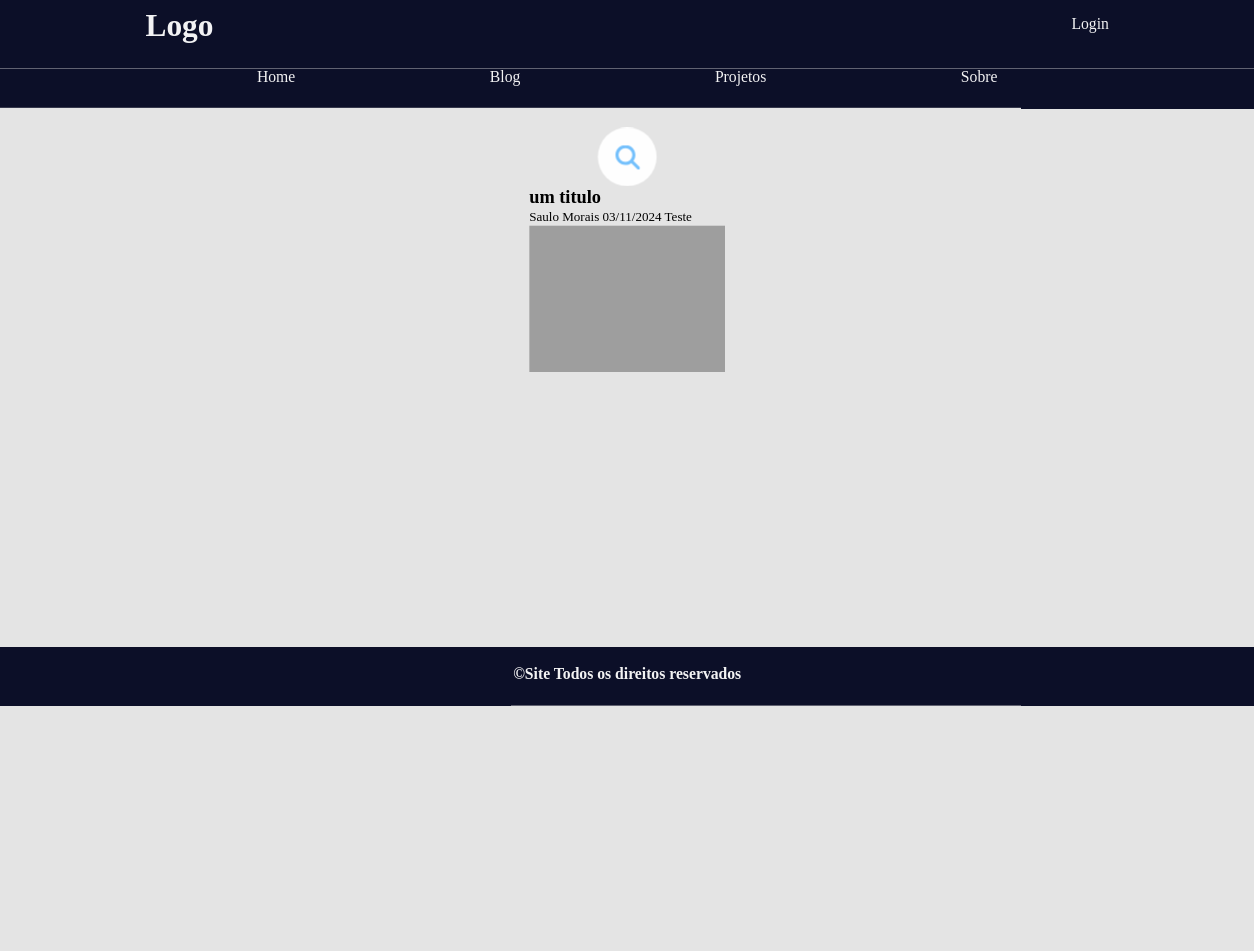
Repository: SauloMorais01/mysitefront-end
Page: src/pages/blog.html
These files come from the project's save history. The page is drawn as it stood at one moment and after the next save; the edit follows.
The browser window is 1280 px wide. The pictures show the whole page, at 98% of full size.
Pictures or frames that could not be fetched are drawn as grey boxes. Some web libraries are served in a nearby version.

Above is the page before, as saved 2024-11-03 16:26:30.

### src/pages/blog.html
<!DOCTYPE html>
<html lang="pt-br">
<head>
    <meta charset="UTF-8">
    <meta name="viewport" content="width=device-width, initial-scale=1.0">
    <title>Titulo - status</title>
    <link rel="stylesheet" href="../css/style.css">
    <script src="../js/utils.js"></script>
    <script src="https://kit.fontawesome.com/0869671a59.js" crossorigin="anonymous"></script>
</head>
<body>
    <div class="divisor-top"></div>

    <header class="primary-color hd-color-white">
        <div class="container">
            <div class="top-box flex">
                <div class="logo">
                    <a class="hd-color-white" href="/"><h1>Logo</h1></a>
                </div>
                <div class="login">
                    <a class="hd-color-white" href="/">Login</a>
                </div>
                <div class="hover-btn" id="hover-btn">
                    <i class="fa-solid fa-bars"></i>
                </div>
            </div>
        </div>
    </header>

    <section id="menu" class="sticky-top primary-color hd-color-white">
            <div class="container center">
                <a href="/">Home</a>
                <a href="/blog.html">Blog</a>
                <a href="/">Projetos</a>
                <a href="/">Sobre</a>
            </div>
    </section>

    <section id="modal-mobile-menu" class="modal-mobile-menu hidden">
        <div class="container center">
            <div class="modal-div">
                <a class="hd-color-white" href="/">Home</a>
            </div>
            <div class="modal-div">
                <a class="hd-color-white" href="./src/pages/blog.html">Blog</a>
            </div>
           <div class="modal-div">
                <a class="hd-color-white" href="/">Projetos</a>
           </div>
            <div class="modal-div">
                <a class="hd-color-white" href="/">Sobre</a>
            </div>
        </div>
    </section>

    <div class="container">
        <div class="search-item">
            <div class="search-box">
                <input type="text" placeholder="Pesquisar..." class="search-text" name="search" id="search-text">
                <a class="search-btn">
                    <img class="btn-blue" src="../img/icone/magnifying-glass-solid.svg" width="25" height="25" alt="pesquisar">
                    <img class="btn-white" src="../img/icone/magnifying-glass-solid-white.svg" width="25" height="25" alt="pesquisar">
                </a>
            </div>
        </div>
    </div>

    <main>
        <div class="box-contents-blog">
            <div class="container">
                <div class="blog-content grid-temp">
                    <div class="box-B">
                        <div class="b-title">
                            <h3>um titulo</h3>
                        </div>
                        <div class="post-date">
                            <small>Saulo Morais  03/11/2024 Teste</small>
                        </div>
                        <div class="b-img">
                            <img src="https://www.bonsfluidos.com.br/wp-content/uploads/2020/04/entre-em-contato-com-a-natureza-atraves-de-imagens-1101297.jpg" alt="Imagem" height="150" width="200">
                        </div>
                    </div>
                </div>
            </div>
        </div>
    </main>

    <footer class="primary-color center">
        <h3 class="hd-color-white">&copy;<strong>Site</strong> Todos os direitos reservados</h3>
    </footer>

    <div class="divisor-bottom"></div>



    <script src="../js/main.js"></script>

    <script>
        app.update();
    </script>
</body>
</html>

### src/css/style.css
/* Primary configs */
:root {
    /* Colors */
    /* Bases */
    --primary-color: 234, 94%, 6%,;
    --secondary-color: 184, 86%, 66%,;
    --body-color: 0, 0%, 89%,;
    --white-color: 0, 0%, 100%,;
    --black-color: 0, 0%, 0%,;
    /* End Bases */

    /* Variations colors */
    --primary-color-normal: hsla(var(--primary-color) 0.95);
    --primary-color-medium: hsla(var(--primary-color) 0.5);
    --primary-color-light: hsla(var(--primary-color) 0.250);

    --secondary-color-normal: hsla(var(--secondary-color) 0.95);
    --secondary-color-medium: hsla(var(--secondary-color) 0.5);
    --secondary-color-light: hsla(var(--secondary-color) 0.250);

    --body-color-normal: hsla(var(--body-color) 0.95);
    --body-color-medium: hsla(var(--body-color) 0.5);
    --body-color-light: hsla(var(--body-color) 0.250);

    --black-color-normal: hsla(var(--black-color) 0.95);
    --black-color-medium: hsla(var(--black-color) 0.5);
    --black-color-light: hsla(var(--black-color) 0.250);

    --white-color-normal: hsla(var(--white-color) 0.95);
    --white-color-medium: hsla(var(--white-color) 0.5);
    --white-color-light: hsla(var(--white-color) 0.250);
    /* End variations colors */
    /* End Colors */

    /* Conf Sizes */
    --container-larger-l: 80%;
    --container-larger-m: 80%;
    --container-larger-s: 80%;
    --container-tablet: 90%;
    --container-small-d: 95%;
    --grid-width: 300px;
    --grid-height: 300px;
    /* End conf Sizes */
}

/* Global */
* {
    box-sizing: border-box;
    margin: 0;
    padding: 0;
}
/* End global */

/* pagina */
body {
    background: var(--body-color-normal);
    height: 100vh;
    width: 100vw;
}

html {
    height: 100%;
}

a {
    list-style: none;
    text-decoration: none;
}


main {
    height: 100vh;
}
header {
    z-index: 1000;
}

footer {
    height: 60px;
    position: fixed;
    bottom: 0;
    width: 100%;
    transform: translateY(0%);
    z-index: 1000;
}

footer h3 {
    padding-top: 1.2rem;
}

.modal-mobile-menu {
    height: 60vh;
    width: 90vw;
    padding-top: 20px;
    /* background: var(--white-color-normal); */
    background-image: linear-gradient(180deg, #303657, #444963);
    position: fixed;
    top: 10%;
    right: 5%;
    z-index: 2000;
    border-radius: 10px;
    border: 5px solid var(--secondary-color-normal);
    display: flex;
    flex-direction: row;
    justify-content: space-between;
}

.modal-div {
    background: var(--primary-color-light);
    margin: 10px 2.5%;
    padding: 10px;
    border-radius: 5px;
}

.modal-mobile-menu a {
    font-family: Impact, Haettenschweiler, 'Arial Narrow Bold', sans-serif;
    position: relative;
}

.menuAnimation {
    animation-duration: 0.25s;
    animation-name: menuAnim;
}

.menuAnimationRev {
    animation-duration: 0.25s;
    animation-name: menuAnimReverse;
}

.whatsapp-icon {
    position: fixed;
    bottom: 8%;
    right: 3%;
    z-index: 3000;
}

.whatsapp-icon img {
    width: 68px;
    height: 68px;
    animation-duration: 1s;
    animation-name: esvanecer;
    animation-iteration-count: infinite;
}

.workflow {
    margin-top: 20px;
    height: auto;
}

.workflow-title {
    margin-left: 20px;
    margin-top: 20px;
}

.box-workflow {
    text-align: center;
    height: auto;
    width: 150px;
    margin: 5px;
    background-color:var(--primary-color-medium);
    padding: 10px;
}

/* Search area */
.search-item {
    position: relative;
    display: flex;
    margin-top: 20px;
    justify-content: center;
    align-items:center;
}

.search-box {
    display: flex;
    /* width: 300px; */
    height: 60px;
    justify-content: space-between;
    align-items:center;

    background: var(--white-color-normal);
    border-radius: 40px;
    padding: 10px;
    z-index: 3;
}

.search-text {
    background: none;
    border: 0;
    outline: 0;

    padding: 0;

    transition: 0.5s;

    font-size: 16px;
    color: var(--black-color-normal);
    width: 0;
}

.search-btn {
    width: 40px;
    height: 50px;

    display: flex;
    justify-content: center;
    border-radius: 30px;
    align-items: center;
    cursor: pointer;
}

.btn-white {
    display: none;
}

.search-item:hover .search-text {
    width: 270px;
}

.search-item:hover .search-btn {
    width: 50px;
    background-color: #74C0FC;
}

.search-item:hover .search-btn .btn-blue {
    display: none;
}

.search-item:hover .search-btn .btn-white {
    display: block;
}
/* end Search area */


/* Animation */
@keyframes menuAnim {
    from {
        right: -100%;
      }

      to {
        right: 5%;
      }
}

@keyframes menuAnimReverse {
    from {
        right: 5%;
      }

      to {
        right: -100%;
      }
}

@keyframes esvanecer {
    0% {
        opacity: 100%;
      }

      50% {
        opacity: 50%;
      }

      100% {
        opacity: 100%;
      }
}

/* end pagina */

/* Utils */
.flex {
    display: flex;
}

.sticky-top {
    position: sticky;
    top: 0;
}

.center {
    text-align: center;
}

.right {
    text-align: right;
}

.left {
    text-align: left;
}

.grid-temp {
    display: flex;
    flex-direction: row;
    flex-wrap: wrap;
    /* align-items:center; */
    justify-content: center;
}

.primary-color{
    background: var(--primary-color-normal);
}

.secondary-color{
    background: var(--secondary-color-normal);
}

.hd-color-black {
    color: var(--black-color-normal);
}

.hd-color-white {
    color: var(--white-color-normal);
}

.hidden {
    display: none;
}
/* End utils */



/* Responsividade */
@media (max-width: 575.99px) {
    .container {
        margin: 0 auto;
        width: var(--container-small-d);
    }

    header {
        position: fixed;
        top: 0;
        height: 40px;
        width: 100%;
    }

    #menu {
        height: 40px;
        display:none;
    }

    #menu a {
        color: var(--white-color-normal);
        margin: 5px 2%;
        padding: 10px 5%;
    }

    #menu a:hover {
        background-color: var(--secondary-color-light);
        border-radius: 5px;
    }

    .hover-btn {
        position: absolute;
        right: 1rem;
        padding-top: 10px;
    }

    .hover-btn:hover {
        background: var(--primary-color-light);
        cursor: pointer;
    }

    .top-box {
        position: relative;
        padding-top: 2px;
    }

    .logo {
        position: absolute;
        left: 1%;
        font-size: 0.8rem;
    }

    .login {
        position: absolute;
        margin-top: 2px;
        right: 1%;
        display: none;
    }

    /* Main */
    .info-top{
        /* background: #4f0c6e; */
        height: 250px;
        background-image: linear-gradient(50deg, #2222227a, #2222227a), url(../img/freepik__generate-images-about-web-development__7459.jpeg);
        background-position: center;
        background-size: 100% 100%;
        display: flex;
        align-items: center;
        justify-content: center;
        /* background-repeat: no-repeat; */
    }

    .info-top h1 {
        font-size: 1.25rem;
    }

    .info-top p {
        text-align: center;
        font-size: 0.8rem;
        width: fit-content;
        font-size: 0.8rem;
        background: var(--primary-color-medium);
        border-radius: 5px;
        padding: 10px;
        font-family: Impact, Haettenschweiler, 'Arial Narrow Bold', sans-serif;
    }

    .divisor-bottom {
        height: 150px;
    }

    .divisor-top {
        height: 4.8%;
    }

    footer h3 {
        font-size: 12pt;
    }
}

@media (min-width: 576px) {
    .container {
        margin: 0 auto;
        width: var(--container-small-d);
    }

    header {
        height: 40px;
    }

    #menu {
        height: 40px;
        display:none;
    }

    #menu a {
        color: var(--white-color-normal);
        margin: 5px 2%;
        padding: 10px 5%;
    }

    #menu a:hover {
        background-color: var(--secondary-color-light);
        border-radius: 5px;
    }

    .top-box {
        position: relative;
        padding-top: 3px;
    }

    .logo {
        position: absolute;
        left: 1%;
        font-size: 0.8rem;
    }

    .login {
        position: absolute;
        margin-top: 3px;
        right: 1%;
        display: none;
    }

    .hover-btn {
        position: absolute;
        right: 1rem;
        padding-top: 10px;
    }

    .hover-btn:hover {
        background: var(--primary-color-light);
        cursor: pointer;
    }

    .top-box {
        position: relative;
        padding-top: 2px;
    }

    /* Main */
    .info-top{
        /* background: #4f0c6e; */
        height: 250px;
        background-image: linear-gradient(50deg, #2222227a, #2222227a), url(../img/freepik__generate-images-about-web-development__7459.jpeg);
        background-position: center;
        background-size: 100% 100%;
        display: flex;
        align-items: center;
        justify-content: center;
        /* background-repeat: no-repeat; */
    }

    .info-top h1 {
        font-size: 1.25rem;
    }

    .info-top p {
        text-align: center;
        width: fit-content;
        font-size: 0.8rem;
        background: var(--primary-color-medium);
        border-radius: 5px;
        padding: 10px;
    }

    .divisor-bottom {
        height: 150px;
    }

    .divisor-top {
        height: 0%;
    }

    footer h3 {
        font-size: 12pt;
    }
}

/* Medium devices (tablets, 768px and up) */
@media (min-width: 768px) {
    .container {
        margin: 0 auto;
        width: var(--container-tablet);
    }

    header {
        height: 50px;
    }

    #menu {
        height: 40px;
        display:none;
    }

    #menu a {
        color: var(--white-color-normal);
        margin: 5px 3%;
        padding: 10px 5%;
    }

    #menu a:hover {
        background-color: var(--secondary-color-light);
        border-radius: 5px;
    }

    .top-box {
        position: relative;
        padding-top: 6px;
    }

    .logo {
        position: absolute;
        left: 2%;
        font-size: 1rem;
    }

    .login {
        position: absolute;
        margin-top: 6px;
        right: 2%;
        display: none;
    }

    .hover-btn {
        position: absolute;
        right: 1rem;
        padding-top: 10px;
    }

    .hover-btn:hover {
        background: var(--primary-color-light);
        cursor: pointer;
    }

    .top-box {
        position: relative;
        padding-top: 2px;
    }

    /* Main */
    .info-top{
        /* background: #4f0c6e; */
        height: 300px;
        background-image: linear-gradient(50deg, #2222227a, #2222227a), url(../img/freepik__generate-images-about-web-development__7459.jpeg);
        background-position: center;
        background-size: 100% 100%;
        display: flex;
        align-items: center;
        justify-content: center;
        /* background-repeat: no-repeat; */
    }

    .info-top h1 {
        font-size: 1.5rem;
    }

    .info-top p {
        margin: 10px;
        font-size: 1.0rem;
    }

    .divisor-bottom {
        height: 80px;
    }

    .divisor-top {
        height: 0%;
    }

    footer h3 {
        font-size: 12pt;
    }
}

/* Large devices (desktops, 992px and up) */
@media (min-width: 992px) {
    .container {
        margin: 0 auto;
        width: var(--container-larger-s);
    }

    header {
        height: 60px;
    }

    #menu {
        height: 40px;
        display: block;
    }

    #menu a {
        color: var(--white-color-normal);
        margin: 5px 4%;
        padding: 10px 5%;
    }

    #menu a:hover {
        background-color: var(--secondary-color-light);
        border-radius: 5px;
    }

    .top-box {
        position: relative;
        padding-top: 8px;
    }

    .logo {
        position: absolute;
        left: 2%;
    }

    .login {
        position: absolute;
        margin-top: 8px;
        right: 2%;
        display: block;
    }

    .hover-btn {
        position: absolute;
        right: 1rem;
        padding-top: 10px;
        display: none;
        padding: 10px;
    }

    .hover-btn:hover {
        background: var(--primary-color-light);
        cursor: pointer;
    }


    /* Main */
    .info-top{
        /* background: #4f0c6e; */
        height: 350px;
        background-image: linear-gradient(50deg, #2222227a, #2222227a), url(../img/freepik__generate-images-about-web-development__7459.jpeg);
        background-position: center;
        background-size: 100% 100%;
        display: flex;
        align-items: center;
        justify-content: center;
        /* background-repeat: no-repeat; */
    }

    .info-top h1 {
        font-size: 2.0rem;
    }

    .info-top p {
        font-size: 1.0rem;
    }

    .divisor-bottom {
        height: 60px;
    }

    .divisor-top {
        height: 0%;
    }

    footer h3 {
        font-size: 12pt;
    }
}

/* X-Large devices (large desktops, 1200px and up) */
@media (min-width: 1200px) {
    .container {
        margin: 0 auto;
        width: var(--container-larger-m);
    }

    header {
        height: 70px;
    }

    #menu {
        height: 40px;
        display: block;
    }

    #menu a {
        color: var(--white-color-normal);
        margin: 5px 4.5%;
        padding: 10px 5%;
    }

    #menu a:hover {
        background-color: var(--secondary-color-light);
        border-radius: 5px;
    }

    .top-box {
        position: relative;
        padding-top: 8px;
    }

    .logo {
        position: absolute;
        left: 2%;
    }

    .login {
        position: absolute;
        margin-top: 8px;
        right: 2%;
    }

    /* Main */
    .info-top{
        /* background: #4f0c6e; */
        height: 400px;
        background-image: linear-gradient(50deg, #2222227a, #2222227a), url(../img/freepik__generate-images-about-web-development__7459.jpeg);
        background-position: center;
        background-size: 100% 100%;
        display: flex;
        align-items: center;
        justify-content: center;
        /* background-repeat: no-repeat; */
    }

    .info-top h1 {
        font-size: 2.5rem;
    }

    .info-top p {
        font-size: 1.5rem;
    }

    .divisor-bottom {
        height: 60px;
    }

    .divisor-top {
        height: 0%;
    }
}

/* XX-Large devices (larger desktops, 1400px and up) */
@media (min-width: 1400px) {
    .container {
        margin: 0 auto;
        width: var(--container-larger-l);
    }

    header {
        height: 75px;
    }

    #menu {
        height: 40px;
        display: block;
    }

    #menu a {
        color: var(--white-color-normal);
        margin: 5px 5%;
        padding: 10px 5%;
        font-family: 'Trebuchet MS', 'Lucida Sans Unicode', 'Lucida Grande', 'Lucida Sans', Arial, sans-serif;
        font-weight: bold;
    }

    #menu a:hover {
        background-color: var(--secondary-color-light);
        border-radius: 5px;
    }

    .top-box {
        position: relative;
        padding-top: 10px;
    }

    .logo {
        position: absolute;
        left: 2%;
    }

    .login {
        position: absolute;
        margin-top: 10px;
        right: 2%;
    }

    /* Main */
    .info-top{
        /* background: #4f0c6e; */
        height: 400px;
        background-image: linear-gradient(50deg, #2222227a, #2222227a), url(../img/freepik__generate-images-about-web-development__7459.jpeg);
        background-position: center;
        background-size: 100% 100%;
        display: flex;
        align-items: center;
        justify-content: center;
        /* background-repeat: no-repeat; */
    }

    .info-top h1 {
        font-size: 2.5rem;
        font-family: monospace;
    }

    .info-top p {
        font-size: 1.5rem;
        font-family: Impact, Haettenschweiler, 'Arial Narrow Bold', sans-serif;
    }

    .divisor-bottom {
        height: 60px;
    }

    .divisor-top {
        height: 0%;
    }
}
/* End responsividade */

### src/js/utils.js
class MenuController {
    /**
     * @param {HTMLElement} btnMenu
     * @param {HTMLElement} menuHover
     */
    constructor(btnMenu, menuHover) {
        this.btnMenuRoot = btnMenu
        this.menuHoverRoot = menuHover;
    }

    /**
     * @returns {HTMLElement} menuHover
     */
    get menuHoverRoot() {
        return this._menuHover
    }

    /**
     * @param {HTMLElement} root
     */
    set menuHoverRoot(root) {
        return this._menuHover = root;
    }

    /**
     * @returns {HTMLElement} btnMenu
     */
    get btnMenuRoot() {
        return this._btnMenu
    }

    /**
     * @param {HTMLElement} root
     */
    set btnMenuRoot(root) {
        return this._btnMenu = root;
    }

    /**
     * @returns {void}
     */
    showMenu() {
        this.btnMenuRoot.onclick = () => {
            if(this.menuHoverRoot.classList.contains('hidden')) {
                this.menuHoverRoot.classList.remove('hidden');
                this.menuHoverRoot.classList.add('menuAnimation');
                this.menuHoverRoot.classList.remove('menuAnimationRev');
            } else {
                this.menuHoverRoot.classList.remove('menuAnimation');
                this.menuHoverRoot.classList.add('menuAnimationRev');
                return setTimeout(() => {
                    this.menuHoverRoot.classList.add(`hidden`);
                }, 235);
            }
            clearTimeout(this);
        }
    }
}

### src/js/main.js
class Main {
    constructor() {
        this.btnMenu = document.getElementById('hover-btn');
        this.hoverMenu = document.getElementById('modal-mobile-menu');
        this.menuController = new MenuController(this.btnMenu, this.hoverMenu);
    }

    /**
     * @param {HTMLElement} root
     */
    set btnMenu(root) {
        return this._menuBtn = root;
    }

    /**
     * @returns {HTMLElement} btnMenu
     */
    get btnMenu() {
        return this._menuBtn
    }

    /**
     * @param {HTMLElement} root
     */
    set hoverMenu(root) {
        return this._hoverMenu = root;
    }

    /**
     * @returns {HTMLElement} hoverMenu
     */
    get hoverMenu() {
        return this._hoverMenu
    }


    update() {
        this.menuController.showMenu();
    }
}


const app = new Main();

After the next save:
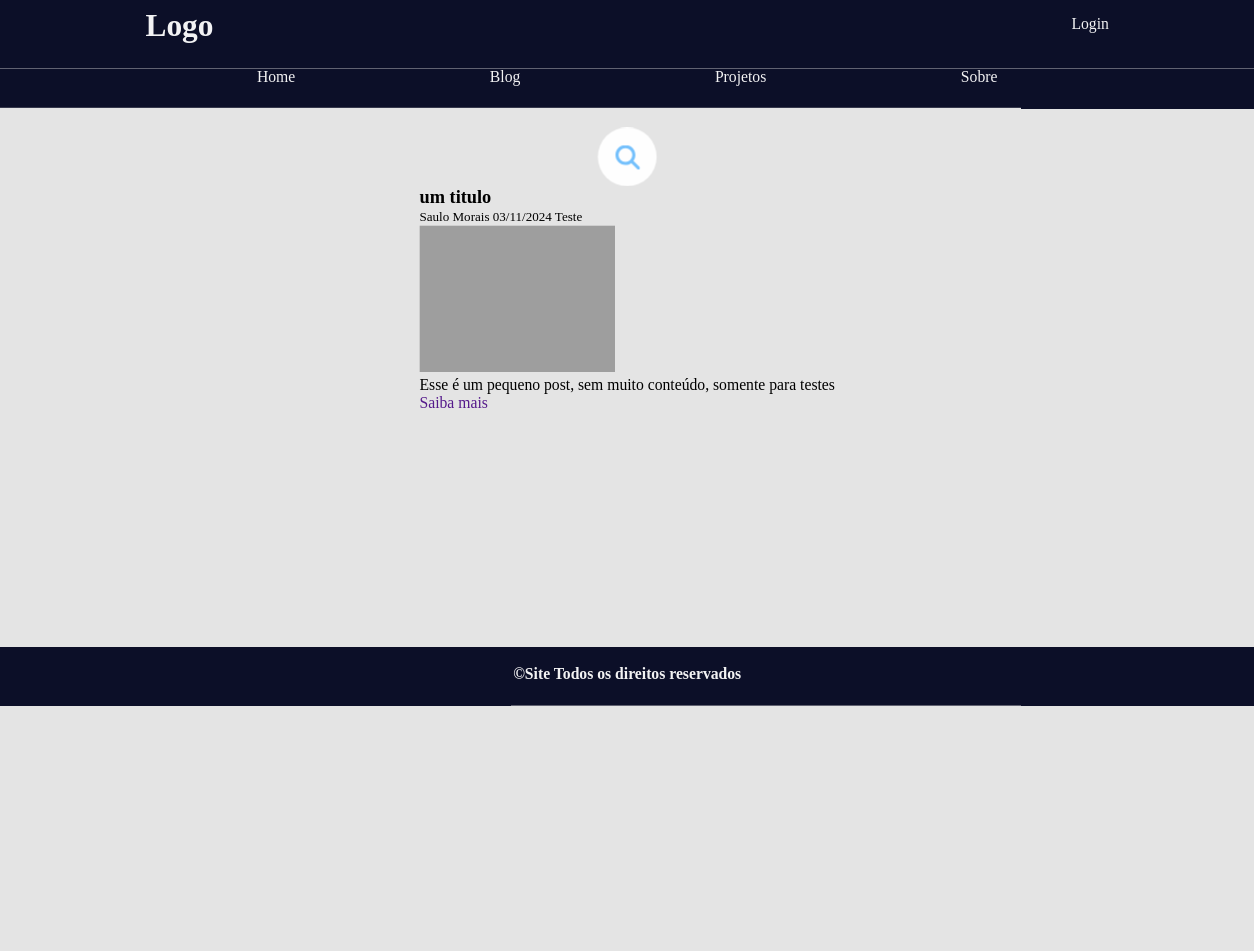
Saved 2 min 5 s later.
--- a/src/pages/blog.html
+++ b/src/pages/blog.html
@@ -79,6 +79,12 @@
                         <div class="b-img">
                             <img src="https://www.bonsfluidos.com.br/wp-content/uploads/2020/04/entre-em-contato-com-a-natureza-atraves-de-imagens-1101297.jpg" alt="Imagem" height="150" width="200">
                         </div>
+                        <div class="b-content">
+                            <p>Esse é um pequeno post, sem muito conteúdo, somente para testes</p>
+                        </div>
+                        <div class="b-link">
+                            <a href="">Saiba mais</a>
+                        </div>
                     </div>
                 </div>
             </div>
